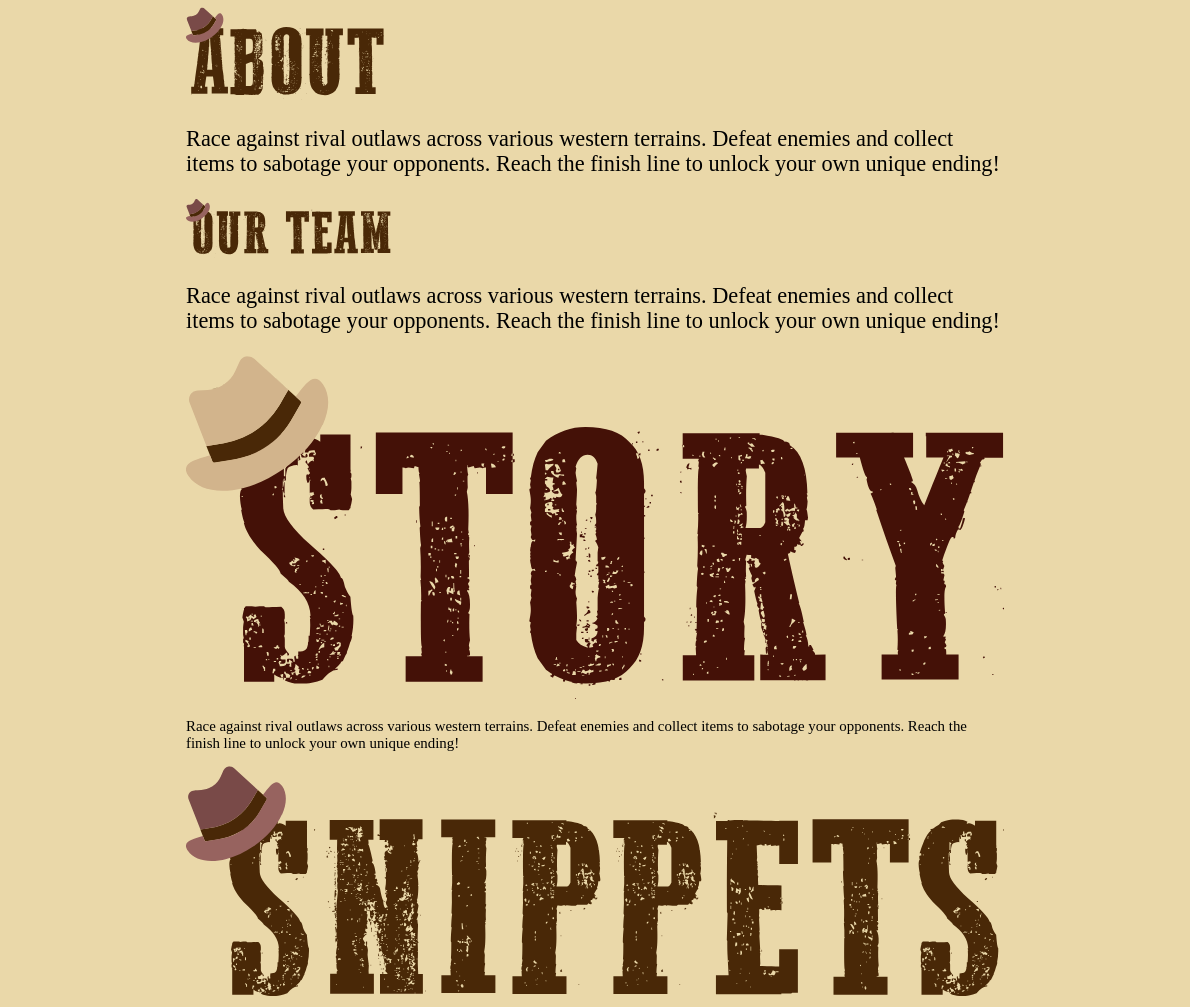
Repository: AlyssaHug/Bandit-Breakout
Page: index.html
These files come from the project's save history. The page is drawn as it stood at one moment and after the next save; the edit follows.
The browser window is 1280 px wide. The pictures show the whole page, at 93% of full size.
Some web fonts or font styles are not loaded; a fallback is used.

Above is the page before, as saved 2025-05-06 14:08:35.

### index.html
<!DOCTYPE html>
<html lang="en">
    <head>
        <meta charset="UTF-8" />
        <meta
            name="viewport"
            content="width=device-width, initial-scale=1.0" />
        <link
            rel="stylesheet"
            href="styles.css" />
        <title>Bandit Breakout</title>
    </head>
    <body>
        <header></header>
        <main class="main_section">
            <div class="about_section">
                <img class="about_section-heading" src="img/about.svg" alt="about">
                <p class="about_section-text">
                    Race against rival outlaws across various western terrains. Defeat enemies and collect items to sabotage your opponents. Reach the finish line to unlock your own unique ending!
                </p>
            </div>
            <div class="team_section">
                <img class="team_section-heading" src="img/ourteam.svg" alt="team">
                <p class="about_section-text">
                    Race against rival outlaws across various western terrains. Defeat enemies and collect items to sabotage your opponents. Reach the finish line to unlock your own unique ending!
                </p>
            </div>
            <div class="story_section">
                <img class="story_section-heading" src="img/story.svg" alt="story">
                <p class="story_section-text">
                    Race against rival outlaws across various western terrains. Defeat enemies and collect items to sabotage your opponents. Reach the finish line to unlock your own unique ending!
                </p>
            </div>
            <div class="snippets_section">
                <img class="snippets_section-heading" src="img/Snippets.svg" alt="snippets">
                <div></div>
            </div>
        </main>
        <footer></footer>
    </body>
</html>

### styles.css
@import url("https://fonts.googleapis.com/css2?family=Wellfleet&display=swap");

@font-face {
    font-family: "Western Bang Bang";
    src: url("fonts/WesternBangBang.ttf") format("truetype");
    font-weight: normal;
    font-style: normal;
}

:root {
    /* Font Families */
    --font-western: "Western Bang Bang", sans-serif;
    --font-wellfleet: "Wellfleet", serif;

    /* Font Sizes */
    --font-size-h1: 48px;
    --font-size-h2: 36px;
    --font-size-h3: 32px;
    --font-size-h4: 24px;
    --font-size-body: 14px;
    --font-size-caption: 11px;
}

html {
    width: 70%;
    margin: 0 auto;
    background-color: #EAD8A9;
}

.about_section-heading {
    height: 100px;
}
.about_section-text {
    font-size: var(--font-size-h4);
    font-family: var(--font-wellfleet);
}

.team_section-heading {
  width: 220px;
}

After the next save:
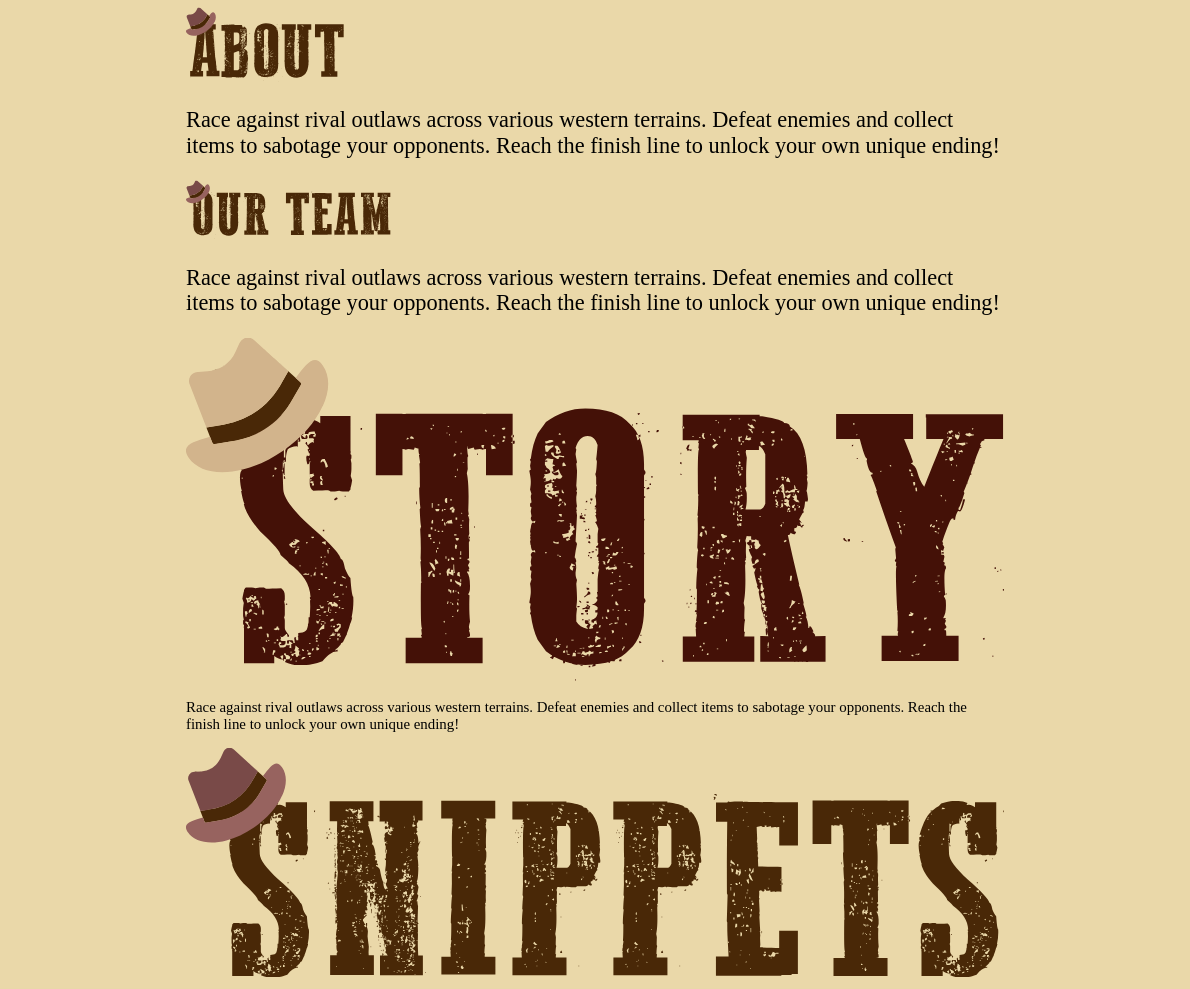
Saved 6 s later.
--- a/styles.css
+++ b/styles.css
@@ -28,7 +28,7 @@ html {
 }
 
 .about_section-heading {
-    height: 100px;
+    height: 80px;
 }
 .about_section-text {
     font-size: var(--font-size-h4);
